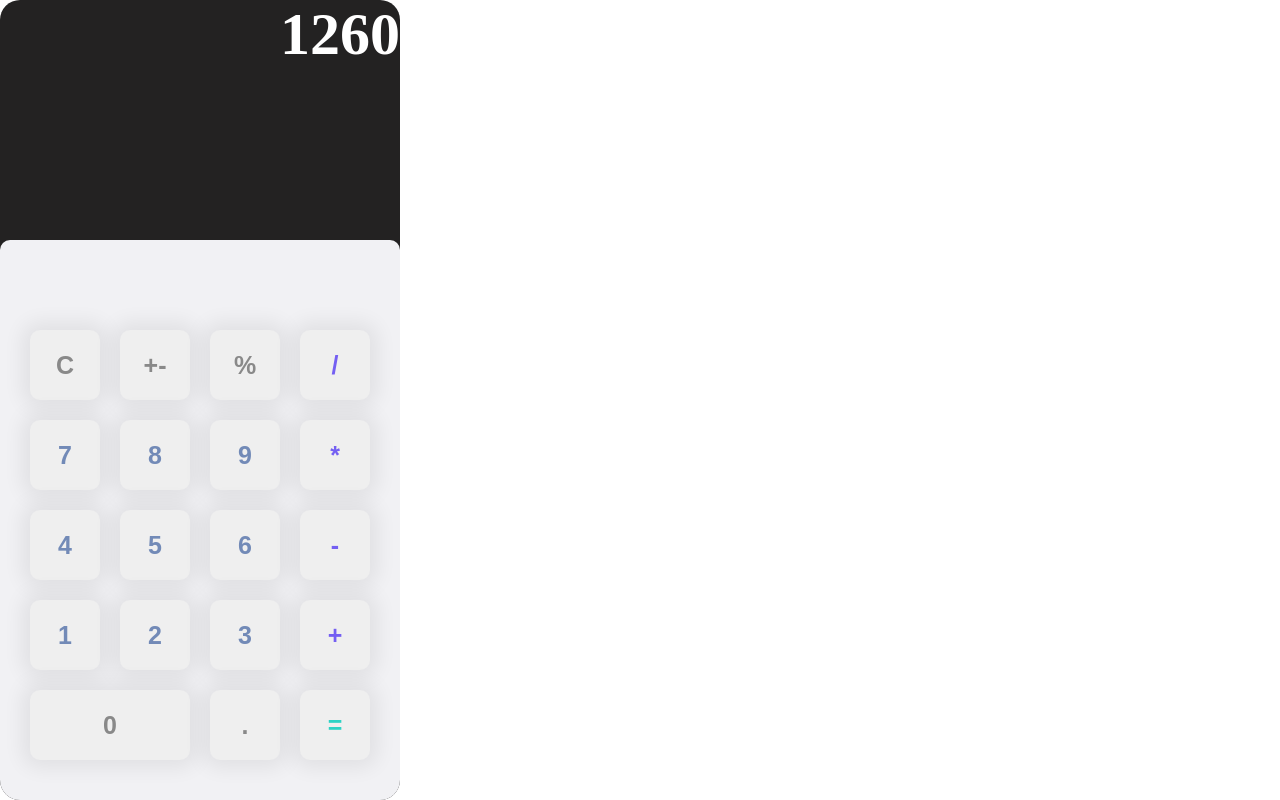
Repository: BrunoBross/calculator
Page: index.html
An editor plug-in stored every save of this project. The page is shown before and after the next save, followed by the edit.
The browser window is 1280 px wide. The pictures show the whole page.

Above is the page before, as saved 2021-11-30 23:15:16.

### index.html
<!DOCTYPE html>
<html lang="en">
<head>
  <meta charset="UTF-8">
  <meta http-equiv="X-UA-Compatible" content="IE=edge">
  <meta name="viewport" content="width=device-width, initial-scale=1.0">
  <title>Calculator</title>
  <link rel="stylesheet" href="./style.css">
</head>
<body>
  <main>
    <div class="calculator">
      <div class="view">
        <span>1260</span>
      </div>
      <div class="buttons">
        <button class="extra" id="reset">C</button>
        <button class="extra" id="moreless">+-</button>
        <button class="extra" id="percent">%</button>
        <button class="operator" id="division">/</button>
        <button class="number" id="seven">7</button>
        <button class="number" id="eight">8</button>
        <button class="number" id="nine">9</button>
        <button class="operator" id="multiply">*</button>
        <button class="number" id="four">4</button>
        <button class="number" id="five">5</button>
        <button class="number" id="six">6</button>
        <button class="operator" id="less">-</button>
        <button class="number" id="one">1</button>
        <button class="number" id="two">2</button>
        <button class="number" id="three">3</button>
        <button class="operator" id="plus">+</button>
        <button class="extra" id="zero">0</button>
        <button class="extra" id="dot">.</button>
        <button class="equals" id="equals">=</button>
      </div>
    </div>

    <div class="small-square"></div>
    <div class="square"></div>
    <div class="small-circle"></div>
    <div class="circle"></div>
  </main>
</body>
<script src="./script.js"></script>
</html>

### style.css
*{
  padding: 0;
  margin: 0;
}

.calculator{
  background-color: #232222;
  display: flex;
  flex-direction: column;
  width: 400px;
  height: 800px;
  border-radius: 20px;
}

.view{
  display: flex;
  flex-direction: row-reverse;
  height: 200px;
}

.view > span{
  color: #FFF;
  font-size: 60px;
  font-weight: bold;
}

.buttons{
  margin-top: 55px;
  padding-top: 90px;
  padding-bottom: 40px;
  background-color: #F1F1F4;
  display: flex;
  justify-content: center;
  flex-wrap: wrap;
  gap: 20px;
  border-radius: 10px 10px 20px 20px;
}

.buttons > button{
  box-shadow: 0 0 20px 8px #00000011;
  border: none;
  height: 70px;
  width: 70px;
  border-radius: 10px;
  cursor: pointer;
  transition: 0.3s;
  font-size: 25px;
  font-weight: bold;
}

.buttons > button:hover{
  filter: brightness(0.7);
}

#zero{
  width: 160px;
}

.number{
  color: #728AB7;

}

.operator{
  color: #745FF2;

}

.equals{
  color: #2DD3C5;

}

.extra{
  color: #898989;
}

Loaded but not shown: script.js (no copy from this time; the picture is the same without it)

After the next save:
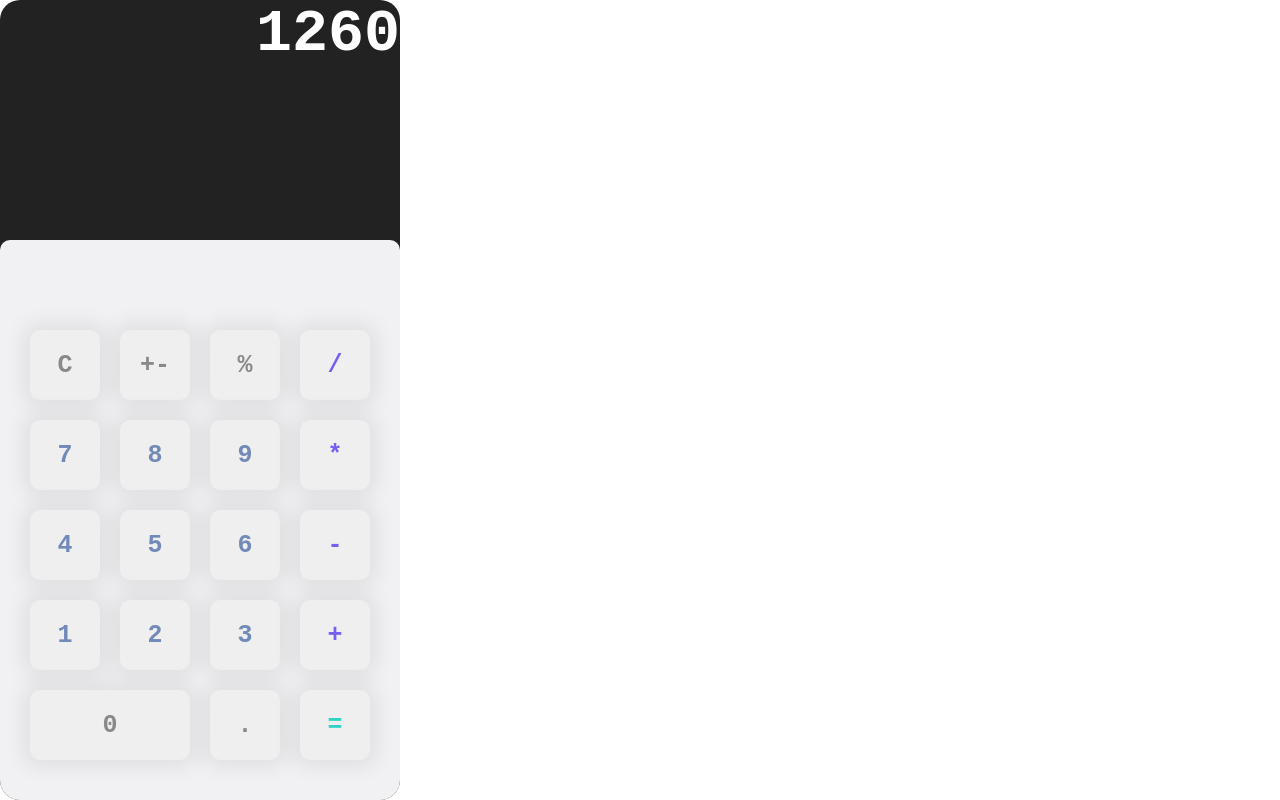
Saved 8 s later.
--- a/style.css
+++ b/style.css
@@ -1,6 +1,7 @@
 *{
   padding: 0;
   margin: 0;
+  font-family: 'Courier New', Courier, monospace;
 }
 
 .calculator{
